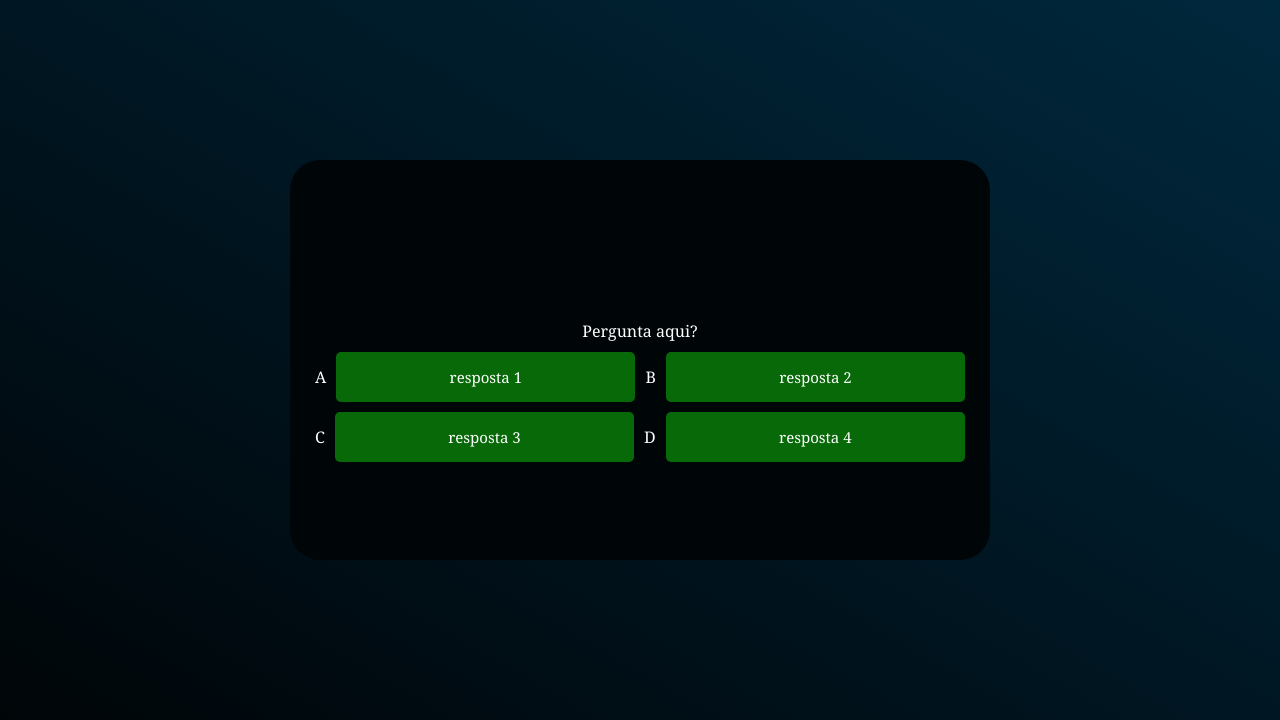
Repository: LaisSilvaO/Projeto-Quizz
Page: telas/index.html
The author's editor kept a copy of each file at every save. The page is drawn from the files as they stood at one save, then again after the next save.
The browser window is 1280 px wide. The pictures show the whole page.

Above is the page before, as saved 2024-12-26 11:42:01.

### telas/index.html
<!DOCTYPE html>
<html lang="pt-br">

<head>
    <meta charset="UTF-8">
    <meta name="viewport" content="width=device-width, initial-scale=1.0">
    <title>Perguntas</title>
    <link rel="stylesheet" href="../img/tela.css">
</head>

<body>

    <div class="box1">
        <div class="box2">
            <div class="content">
                <span class="qtddquestao"></span>
                <span class="questao">Pergunta aqui?</span>
                <div class="resposta">
                    A<button class="respbotao">resposta 1</button>
                    B<button class="respbotao">resposta 2</button>
                </div>
                <div class="resposta">
                    C<button class="respbotao">resposta 3</button>
                    D<button class="respbotao">resposta 4</button>
                </div>
            </div>
            <div class="final">
                <span></span>
                <button>REINICIAR JOGO</button>
                <button class="proximapergunta">PROXIMA PERGUNTA</button>
            </div>
        </div>
    </div>


</body>

</html>

### img/tela.css
* {
  margin: 0;
  padding: 0;
  box-sizing: border-box;
  font-family: Cambria, Cochin, Georgia, Times, 'Times New Roman', serif;
}

body {
  height: 100vh;
  display: flex;
  justify-content: center;
  align-items: center;
  flex-direction: column;
  background: linear-gradient(210deg, #00283d, #000508);
}

main {
  background-color: white;
  padding: 10px;
  border-radius: 10px;
  width: 100%;
  max-width: 600px;
  min-height: 400px;
  display: flex;
  justify-content: center;
  align-items: center;
}

.box1 {
  position: relative;
  width: 700px;
  height: 410px;

  border-radius: 30px;
  display: flex;
  justify-content: center;
  align-items: center;
  flex-direction: column;
  overflow: hidden;

}

.box2 {
  position: relative;
  width: 700px;
  height: 400px;
  background-color: #000508;
  border-radius: 30px;
  display: flex;
  justify-content: center;
  align-items: center;
  flex-direction: column;
  overflow: hidden;
  color: white;
}

/* Borda animada externa */
.box1::before {
  content: '';
  position: absolute;
  top: 0;
  left: 0;
  width: 100%;
  height: 100%;
  border-radius: 30px;
  border: 0px solid transparent;
  /* Espessura da borda aumentada */
  background-image: linear-gradient(to bottom, #157815, #93b608);
  background-size: 400%;
  /* Aumenta o tamanho da animação da borda */
  animation: borderAnimation 6s linear infinite;
  z-index: -1;
  /* Garante que a borda fique atrás do conteúdo */
}

@keyframes borderAnimation {
  0% {
    top: 0px;
    left: 0px;
  }

  25% {
    top: 0px;
    left: 700px;
    /* Canto superior direito */
  }

  50% {
    top: 0px;
    left: 0px;
    /* Canto inferior direito */
  }

  75% {
    top: 700px;
    left: 0px;
    /* Canto inferior esquerdo */
  }

  100% {
    top: 700px;
    left: 0px;
    /* Retorna ao canto superior esquerdo */
  }
}

h2 {
  padding: 10px;
  display: flex;
  /* Ativa o modelo de layout flex */
  justify-content: center;
  /* Centraliza horizontalmente */
  align-items: center;
  /* Centraliza verticalmente */
  text-align: center;
  /* Centraliza as linhas de texto */
  height: 40%;
}

h4 {
  padding: 10px;
}

.content {
  display: flex;
  gap: 10px;
  flex-direction: column;
  width: 700px;
  height: 100px;
  align-items: center;
}

.qtddquestao {
  text-align: end;
}

.resposta {
  display: flex;
  gap: 10px;
  justify-content: center;
  align-items: center;
  width: 650px; /* Aumentado o botão das respostas*/
  height: 50px;
}

.resposta button {
  width: 500px;
  height: 50px;
  font-size: 15px; /* Para melhorar a legibilidade do texto no botão */
}


button {
  width: 90px;
  height: 45px;
  text-align: center;
  padding: 5px;
  border: none;
  border-radius: 5px;
  cursor: pointer;
  background-color: rgb(8, 105, 8);
  color: white;
}

.final {
  display: none;
  flex-direction: column;
  gap: 10px;

}

.final button {
  text-align: center;
}

After the next save:
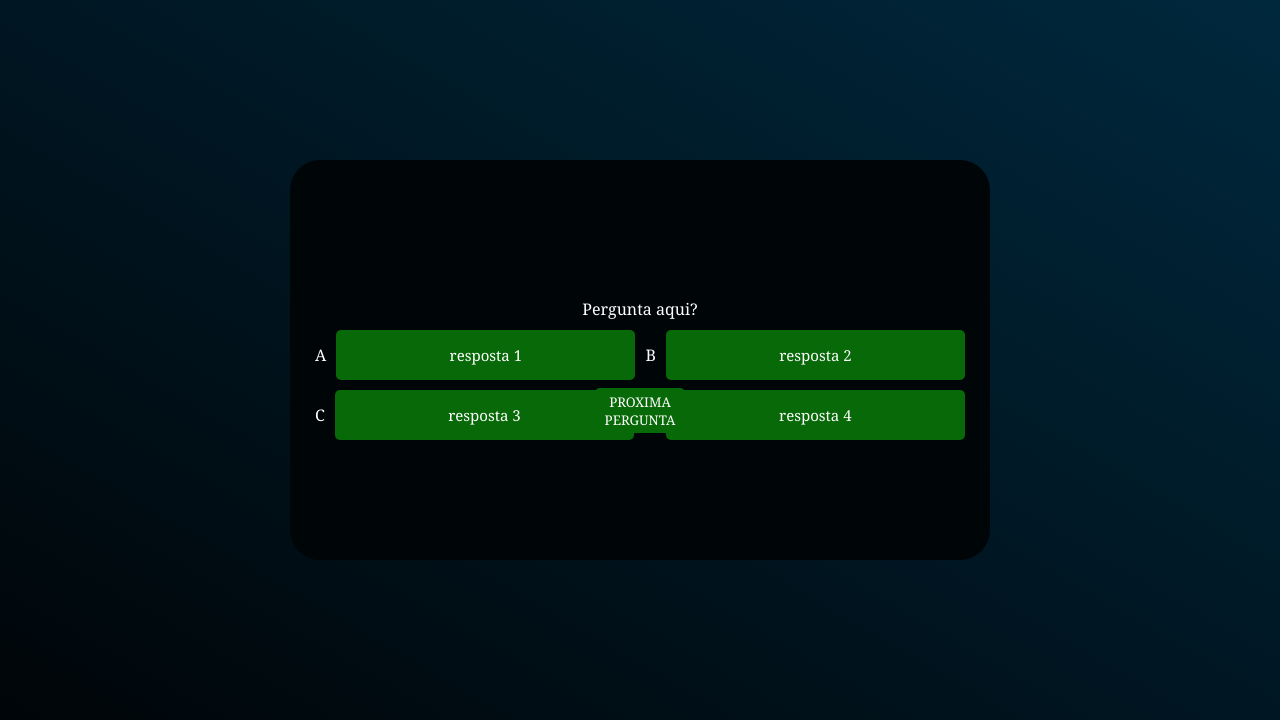
Saved 102 s later.
--- a/telas/index.html
+++ b/telas/index.html
@@ -27,8 +27,9 @@
             <div class="final">
                 <span></span>
                 <button>REINICIAR JOGO</button>
-                <button class="proximapergunta">PROXIMA PERGUNTA</button>
+
             </div>
+            <button class="proximapergunta">PROXIMA PERGUNTA</button>
         </div>
     </div>
 
